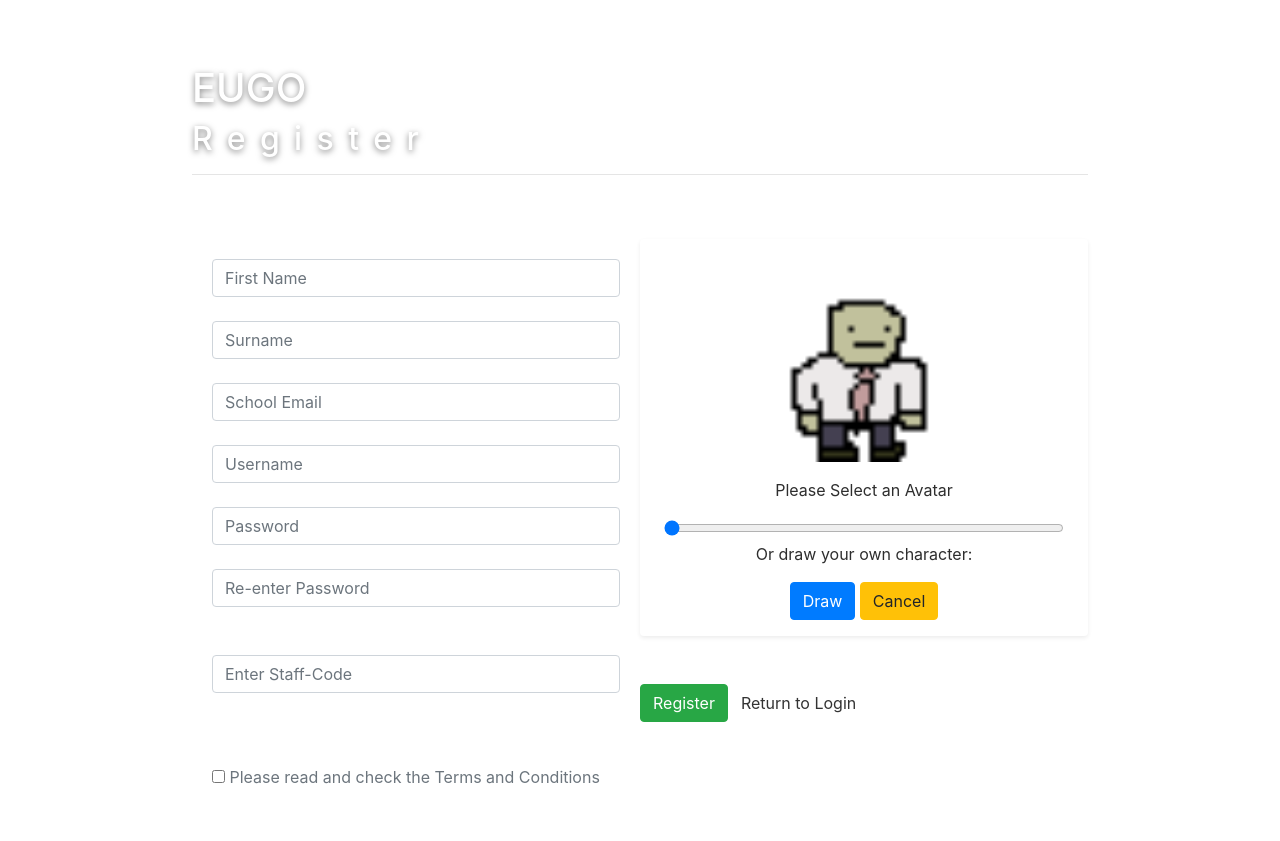
Repository: nbaker47/eugo_pokemongo_clone
Page: eugo/templates/register.html
An editor plug-in stored every save of this project. The page is shown before and after the next save, followed by the edit.
The browser window is 1280 px wide. The pictures show the whole page.
The template is drawn by Django 4.2. The application's start-up code is not run. Other server files are loaded and not shown. The template is opened directly, without the code that normally fills it, so the values that code supplies are empty.

Above is the page before, as saved 2022-03-23 11:57:35.

### eugo/templates/register.html
{% load static %}
<!doctype html>
<html lang="en">

<head>
    <meta charset="utf-8">
    <meta name="viewport" content="width=device-width, initial-scale=1, shrink-to-fit=no">
    <meta name="description" content="">
    <meta name="author" content="">

    <!---->
    <link rel="stylesheet" type="text/css" href='{% static "/eugo/css/bootstrap.css" %}' />

    <link rel="icon" href='{%static "/eugo/img/favicon.ico"%}'>

    <title>EUGO</title>

    <!-- Custom styles for this template -->
    <link href='{% static "/eugo/css/cover_cover.css" %}' rel="stylesheet">
    <link href='{% static "/eugo/css/map.css" %}' rel="stylesheet">
</head>

<body style="overflow: scroll;">

    <div id="reg-container">
        <div class="full-width-bar">
            <h1>EUGO</h1>
        </div>

        <div>
            <div class="cov-head">
                <h2 class="secondHeader">Register</h2>
                <hr>
            </div>
            <!-- Use java script to check validation-->

            <script>
                function validateForm() {

                    let fname = document.forms['myForm']['firstname'].value;
                    let lname = document.forms['myForm']['surname'].value;
                    let username = document.forms['myForm']['username'].value;
                    let password1 = document.forms['myForm']['password1'].value;
                    let password2 = document.forms['myForm']['password2'].value;

                    var errors = [];
                    var pwd_expression = /^(?=.*?[A-Z])(?=.*?[a-z])(?=.*?[0-9])/;
                    var filter = /^(?=.*?[#?!@$%^&*-])+$/;


                    /*Alerts should be change to instead change text underneath the button (Added later) */
                    if (filter.test(fname)) {
                        errors.push("Name must not contain any spaces or special characters")
                    }
                    if (password1 != password2) {
                        errors.push("Please keep the passwords the same")
                    }

                    if (password1.search(/[a-z]/) < 0) {
                        errors.push("Your password must contain at least one letter.")
                    }
                    if (password1.search(/[0-9]/) < 0) {
                        errors.push("Your password must contain at least one digit.");
                    }
                    if (password1.search(/[A-Z]/) < 0) {
                        errors.push("Your password must contain at least one uppercase letter.")
                    }

                    if (errors.length > 0) {
                        document.getElementById("errors").innerHTML = errors.join("\n");

                        return false;
                    }
                    return true;
                }
            </script>

            <!--
        <div>
            <div class="alert alert-{{message.tags}} alert-dissmissable fade show" role="alert">
                <strong>Message</strong> {{message}}
                <button type="button" class="close" data-dismiss="alert" aria-label="Close"> </button>
            </div>
        </div>
    -->

            <br><br>
            <form id="formp" name="myForm" class="form" method="POST" action="." onsubmit="return validateForm()">
                <!--action to the php ./homePage.html -->
                {% csrf_token %}
                <!--Prevents csrf attacks -->
                <!--<p id="messages"></p>-->
                <!-- This will have the validation messages from the javascript checks-->
                <div id="register-form-left">
                    <div class="form-group">
                        <label>
                        <input type="text" class="form-control" name="firstname" placeholder="First Name" size="50" required autocomplete="off">
                    </label>
                        <p id="fname"></p>
                    </div>
                    <div class="form-group">
                        <label>
                        <input type="text" class="form-control" name="surname" placeholder="Surname" size="50" required autocomplete="off">
                    </label>
                    </div>
                    <div class="form-group">
                        <label>
                        <input type="email" class="form-control"  name="email" placeholder="School Email" size="50" required autocomplete="off">
                    </label>
                    </div>
                    <div class="form-group">
                        <label>
                        <input type="text"  class="form-control" name="username" placeholder="Username" size="50" required autocomplete="off">
                    </label>
                    </div>
                    <div class="form-group">
                        <label>
                        <input type="password" class="form-control"  name="password1" placeholder="Password" size="50" minlength="8" required>
                    </label>
                    </div>
                    <div class="form-group">
                        <label>
                        <input type="password" class="form-control" name="password2" placeholder="Re-enter Password" size="50" minlength="8" required >
                    </label>
                    </div>
                    <br>
                    <div class="form-group">
                        <label>
                        <input type="text" class="form-control" name="staffno" placeholder="Enter Staff-Code" size="50" minlength="6">
                    </label>
                    </div>
                    <br><br>

                    <label>
                    <input type="checkbox" name="terms" value="" required>
                    <a href="https://gdpr.eu/terms-and-conditions/" class="text-muted">Please read and check the Terms and Conditions</a>
                </label>
                    <br><br>
                </div>
        </div>

        <!--Char selector-->
        <div id="char-select" class="shadow-sm p-3 mb-5 bg-white rounded">
            <img src="">
            <img src="">
            <img src="">
            <div class="image mt-3 mb-3 img-container" id="sliderImages">
                <img src='{% static "/eugo/img/teacher_sprites/teacher_1.png" %}' class="spirite-img">
                <img src='{% static "/eugo/img/teacher_sprites/teacher_2.png" %}' class="spirite-img">
                <img src='{% static "/eugo/img/teacher_sprites/teacher_3.png" %}' class="spirite-img">
            </div>

            <div id="sprite-designer-div">
                <canvas id="myCanvas" class="shadow-sm p-3 mb-5 bg-white rounded" width="500" height="500"></canvas>
                <div id="color-picker-div">
                    <label for="color-input" id="color-label" style="background-color: red"></label>
                    <input type="checkbox" id="color-input" checked></input>
                    <br>
                    <div id="color-picker">
                        <canvas id="color-block" height="150" width="150"></canvas>
                        <canvas id="color-strip" height="150" width="30"></canvas>
                    </div>
                    <input type="hidden" value="" id="colour-output">
                    <input type="hidden" value="" id="canvas-output" name="canvas-output">
                </div>
            </div>

            <p>Please Select an Avatar</p>
            <input class="rangeslider" type="range" id="sprite" name="sprite" min="1" max="3" value="1">
            <p>Or draw your own character:</p>
            <button type="button" id="draw-char-button" class="btn btn-primary">Draw</button>
            <button type="button" id="draw-char-button-cancel" class="btn btn-warning">Cancel</button>
        </div>

        <div class="btn-group" role="group" aria-label="Basic example">
            <label>
                    <input type="submit" onclick="saveCanvas()" class="btn btn-success" value="Register" size="25">
                </label>
            <br>
            </form>
            <form action="/eugo/login" class="form">
                <label>
                    <input type="submit" class="btn btn-secondary" value="Return to Login" size="25">
                </label>

            </form>
            <p id="errors"></p>
        </div>


</body>

<!--Color Picker Script-->
<script type="text/javascript">
    var colorBlock = document.getElementById('color-block');
    var ctx1 = colorBlock.getContext('2d');
    var width1 = colorBlock.width;
    var height1 = colorBlock.height;

    var colorStrip = document.getElementById('color-strip');
    var ctx2 = colorStrip.getContext('2d');
    var width2 = colorStrip.width;
    var height2 = colorStrip.height;

    var colorLabel = document.getElementById('color-label');

    var x = 0;
    var y = 0;
    var drag = false;
    var rgbaColor = 'rgba(255,0,0,1)';

    ctx1.rect(0, 0, width1, height1);
    fillGradient();

    ctx2.rect(0, 0, width2, height2);
    var grd1 = ctx2.createLinearGradient(0, 0, 0, height1);
    grd1.addColorStop(0, 'rgba(255, 0, 0, 1)');
    grd1.addColorStop(0.17, 'rgba(255, 255, 0, 1)');
    grd1.addColorStop(0.34, 'rgba(0, 255, 0, 1)');
    grd1.addColorStop(0.51, 'rgba(0, 255, 255, 1)');
    grd1.addColorStop(0.68, 'rgba(0, 0, 255, 1)');
    grd1.addColorStop(0.85, 'rgba(255, 0, 255, 1)');
    grd1.addColorStop(1, 'rgba(255, 0, 0, 1)');
    ctx2.fillStyle = grd1;
    ctx2.fill();

    function click(e) {
        x = e.offsetX;
        y = e.offsetY;
        var imageData = ctx2.getImageData(x, y, 1, 1).data;
        rgbaColor = 'rgba(' + imageData[0] + ',' + imageData[1] + ',' + imageData[2] + ',1)';
        fillGradient();
    }

    function fillGradient() {
        ctx1.fillStyle = rgbaColor;
        ctx1.fillRect(0, 0, width1, height1);

        var grdWhite = ctx2.createLinearGradient(0, 0, width1, 0);
        grdWhite.addColorStop(0, 'rgba(255,255,255,1)');
        grdWhite.addColorStop(1, 'rgba(255,255,255,0)');
        ctx1.fillStyle = grdWhite;
        ctx1.fillRect(0, 0, width1, height1);

        var grdBlack = ctx2.createLinearGradient(0, 0, 0, height1);
        grdBlack.addColorStop(0, 'rgba(0,0,0,0)');
        grdBlack.addColorStop(1, 'rgba(0,0,0,1)');
        ctx1.fillStyle = grdBlack;
        ctx1.fillRect(0, 0, width1, height1);
    }

    function mousedown(e) {
        drag = true;
        changeColor(e);
    }

    function mousemove(e) {
        if (drag) {
            changeColor(e);
        }
    }

    function mouseup(e) {
        drag = false;
    }

    function changeColor(e) {
        x = e.offsetX;
        y = e.offsetY;
        var imageData = ctx1.getImageData(x, y, 1, 1).data;
        rgbaColor = 'rgba(' + imageData[0] + ',' + imageData[1] + ',' + imageData[2] + ',1)';
        colorLabel.style.backgroundColor = rgbaColor;
        document.getElementById("colour-output").value = rgbaColor;
        var canvas = document.getElementById('myCanvas');
        var context = document.getElementById('myCanvas').getContext("2d");
        context = canvas.getContext("2d");
        context.strokeStyle = rgbaColor;
    }

    colorStrip.addEventListener("click", click, false);

    colorBlock.addEventListener("mousedown", mousedown, false);
    colorBlock.addEventListener("mouseup", mouseup, false);
    colorBlock.addEventListener("mousemove", mousemove, false);
</script>

<!--Sprite Canvas Script-->
<script>
    var custom_sprite = false;

    function saveCanvas() {
        var canvas = document.getElementById('myCanvas');
        var imageURI = canvas.toDataURL("image/jpg");
        if (custom_sprite) {
            document.getElementById('canvas-output').value = imageURI;
            console.log(document.getElementById('canvas-output').value);
        }
        //documen
    }

    //Srpite Slider
    window.addEventListener('load', function() {
        var rangeslider = document.getElementById("sprite");

        var images = document.getElementById("sliderImages");

        rangeslider.addEventListener('input', function() {
            for (var i = 0; i < images.children.length; i++) {
                images.children[i].style.display = 'none';
            }
            i = Number(this.value) - 1;
            images.children[i].style.display = 'block';
        });
    });

    //close canvas button hadnler
    document.getElementById('draw-char-button-cancel').addEventListener("click", closeCanvas);

    function closeCanvas() {
        sliderImages = document.getElementById('sliderImages');
        sliderImages.style.width = '100%';
        sliderImages.style.height = '100%';

        //hide colors
        var div = document.getElementById('sprite-designer-div');
        div.style.opacity = "0";
        div.style.height = "0";
        div.style.wdith = "0";
        var canvas = document.getElementById('myCanvas');
        canvas.style.width = "0";
        canvas.style.height = "0";

        custom_sprite = false;
    }

    //Sprite Drawer:
    document.getElementById('draw-char-button').addEventListener("click", openCanvas);
    //open canvas
    function openCanvas() {
        //hide sprites
        sliderImages = document.getElementById('sliderImages');
        sliderImages.style.width = '0';
        sliderImages.style.height = '0';

        //show colors
        var div = document.getElementById('sprite-designer-div');
        div.style.opacity = "1";
        div.style.height = "100%";
        div.style.wdith = "100%";

        var canvas = document.getElementById('myCanvas');
        canvas.style.width = "500px";
        canvas.style.height = "500px";
        var context = document.getElementById('myCanvas').getContext("2d");
        context = canvas.getContext("2d");
        context.strokeStyle = document.getElementById("color-label").value;
        context.lineJoin = "round";
        context.lineWidth = 5;

        //cancel preset sprite
        //document.getElementById('sprite').value = '999';
        custom_sprite = true;


        var clickX = [];
        var clickY = [];
        var clickDrag = [];
        var paint;

        /**
         * Add information where the user clicked at.
         * @param {number} x
         * @param {number} y
         * @return {boolean} dragging
         */
        function addClick(x, y, dragging) {
            clickX.push(x);
            clickY.push(y);
            clickDrag.push(dragging);
        }

        /**
         * Redraw the complete canvas.
         */
        function redraw() {
            // Clears the canvas
            context.clearRect(0, 0, context.canvas.width, context.canvas.height);

            for (var i = 0; i < clickX.length; i += 1) {
                if (!clickDrag[i] && i == 0) {
                    context.beginPath();
                    context.moveTo(clickX[i], clickY[i]);
                    context.stroke();
                } else if (!clickDrag[i] && i > 0) {
                    context.closePath();

                    context.beginPath();
                    context.moveTo(clickX[i], clickY[i]);
                    context.stroke();
                } else {
                    context.lineTo(clickX[i], clickY[i]);
                    context.stroke();
                }
            }
        }

        /**
         * Draw the newly added point.
         * @return {void}
         */
        function drawNew() {
            var i = clickX.length - 1
            if (!clickDrag[i]) {
                if (clickX.length == 0) {
                    context.beginPath();
                    context.moveTo(clickX[i], clickY[i]);
                    context.stroke();
                } else {
                    context.closePath();

                    context.beginPath();
                    context.moveTo(clickX[i], clickY[i]);
                    context.stroke();
                }
            } else {
                context.lineTo(clickX[i], clickY[i]);
                context.stroke();
            }
        }

        function mouseDownEventHandler(e) {
            paint = true;
            var x = e.pageX - canvas.offsetLeft;
            var y = e.pageY - canvas.offsetTop;
            if (paint) {
                addClick(x, y, false);
                drawNew();
            }
        }

        function touchstartEventHandler(e) {
            paint = true;
            if (paint) {
                addClick(e.touches[0].pageX - canvas.offsetLeft, e.touches[0].pageY - canvas.offsetTop, false);
                drawNew();
            }
        }

        function mouseUpEventHandler(e) {
            context.closePath();
            paint = false;
        }

        function mouseMoveEventHandler(e) {
            var x = e.pageX - canvas.offsetLeft;
            var y = e.pageY - canvas.offsetTop;
            if (paint) {
                addClick(x, y, true);
                drawNew();
            }
        }

        function touchMoveEventHandler(e) {
            if (paint) {
                addClick(e.touches[0].pageX - canvas.offsetLeft, e.touches[0].pageY - canvas.offsetTop, true);
                drawNew();
            }
        }

        function setUpHandler(isMouseandNotTouch, detectEvent) {
            removeRaceHandlers();
            if (isMouseandNotTouch) {
                canvas.addEventListener('mouseup', mouseUpEventHandler);
                canvas.addEventListener('mousemove', mouseMoveEventHandler);
                canvas.addEventListener('mousedown', mouseDownEventHandler);
                mouseDownEventHandler(detectEvent);
            } else {
                canvas.addEventListener('touchstart', touchstartEventHandler);
                canvas.addEventListener('touchmove', touchMoveEventHandler);
                canvas.addEventListener('touchend', mouseUpEventHandler);
                touchstartEventHandler(detectEvent);
            }
        }

        function mouseWins(e) {
            setUpHandler(true, e);
        }

        function touchWins(e) {
            setUpHandler(false, e);
        }

        function removeRaceHandlers() {
            canvas.removeEventListener('mousedown', mouseWins);
            canvas.removeEventListener('touchstart', touchWins);
        }

        canvas.addEventListener('mousedown', mouseWins);
        canvas.addEventListener('touchstart', touchWins);
    }
</script>

</html>

### eugo/static/eugo/css/cover_cover.css
/*
 * Globals
 */
 @-webkit-keyframes titleAnimation { from { font-size:10px; } to { font-size:30px; } }
 @-moz-keyframes titleAnimation { from { font-size:10px; } to { font-size:30px; } }
 @keyframes titleAnimation { from { font-size:10px; } to { font-size:30px; } }
/* Links */
a,
a:focus,
a:hover {
  color: #fff;
}

/* Custom default button */
.btn-secondary,
.btn-secondary:hover,
.btn-secondary:focus {
  color: #333;
  text-shadow: none; /* Prevent inheritance from `body` */
  background-color: #fff;
  border: .05rem solid #fff;
}

html,
body{
  width:100%;
  height: 100%;
  background-color: rgb(255, 255, 255);
}

body {
  display: -ms-flexbox;
  display: -webkit-box;
  display: flex;
  -ms-flex-pack: center;
  -webkit-box-pack: center;
  justify-content: center;
  color: #fff;
  text-shadow: 0 .1rem .4rem rgba(0, 0, 0, .5);
  /*box-shadow: inset 0 0 5rem rgba(0, 0, 0, .5);*/
}

#parent-container{
  position: relative;
}


.canvas_class{
  z-index: 0;
  position: relative;
  top: 0;
  left: 0;
}

.cover-container {
  max-width: 42em;
  z-index: 2;
  position: absolute;
}

.inner-cover{
  margin-top: 100%;
}

.cov-head{
    letter-spacing: .4rem;
    -webkit-animation:textgrowth ease-in-out 1;
    -moz-animation:textgrowth ease-in-out 1;
    animation:textgrowth ease-in-out 1;

    -webkit-animation-fill-mode:forwards;
    -moz-animation-fill-mode:forwards;
    animation-fill-mode:forwards;

    -webkit-animation-duration:3s;
    -moz-animation-duration:3s;
    animation-duration:3s;
}

@keyframes textgrowth {
  0% {
  font-size: 48px;
  letter-spacing: .4rem;
  }
  100% {
  font-size: 50px;
  letter-spacing: .9rem;
  }
}

/*
 * Cover
 */
.cover {
  padding: 0 1.5rem;
}
.cover .btn-lg {
  padding: .75rem 1.25rem;
  font-weight: 700;
}

/*
 * Footer
 */
.mastfoot {
  color: rgba(255, 255, 255, .5);
}

#formp{
  color: #333;
  text-shadow: none;
}

#reg-container{
  width: 80%;
  top: 5%;
  padding: 5%;
}

#char-select{
  width: 50%;
  float: left;
  padding: 10px;
  text-align: center;
  color: #2e2e2e;
  text-shadow: none;
}


#register-form-left{
  width: 50%;
  float: left;
  padding: 20px;
}

#myCanvas{
  width: 0;
  height: 0;
  position: relative;
}

#color-input {
  display: none;
}
#color-label {
  height: 30px;
  width: 100px;
}
#color-input:checked ~ #color-picker {
  opacity: 1;
}
#color-picker-div {

}
canvas:hover {
  cursor: crosshair;
}

#sprite-designer-div{
  opacity: 0;
  height: 0;
  width: 0;
  display: flex;
}

Loaded but not shown: eugo/static/eugo/css/bootstrap.css (library); eugo/static/eugo/css/map.css (321 lines, source omitted)

After the next save:
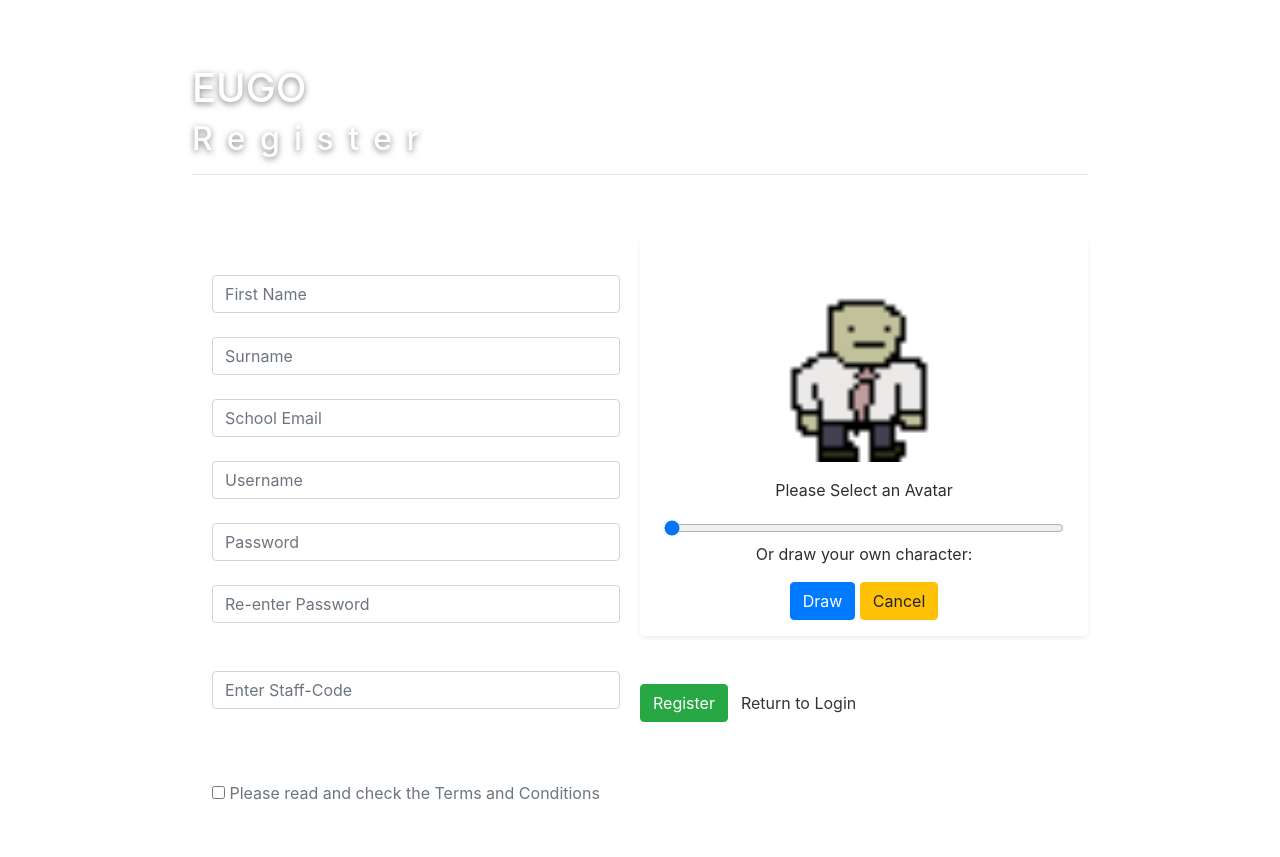
Saved 79 s later.
--- a/eugo/templates/register.html
+++ b/eugo/templates/register.html
@@ -92,6 +92,7 @@
                 <!--<p id="messages"></p>-->
                 <!-- This will have the validation messages from the javascript checks-->
                 <div id="register-form-left">
+                    <p id="errors"></p>
                     <div class="form-group">
                         <label>
                         <input type="text" class="form-control" name="firstname" placeholder="First Name" size="50" required autocomplete="off">
@@ -184,7 +185,6 @@
                 </label>
 
             </form>
-            <p id="errors"></p>
         </div>
 
 
